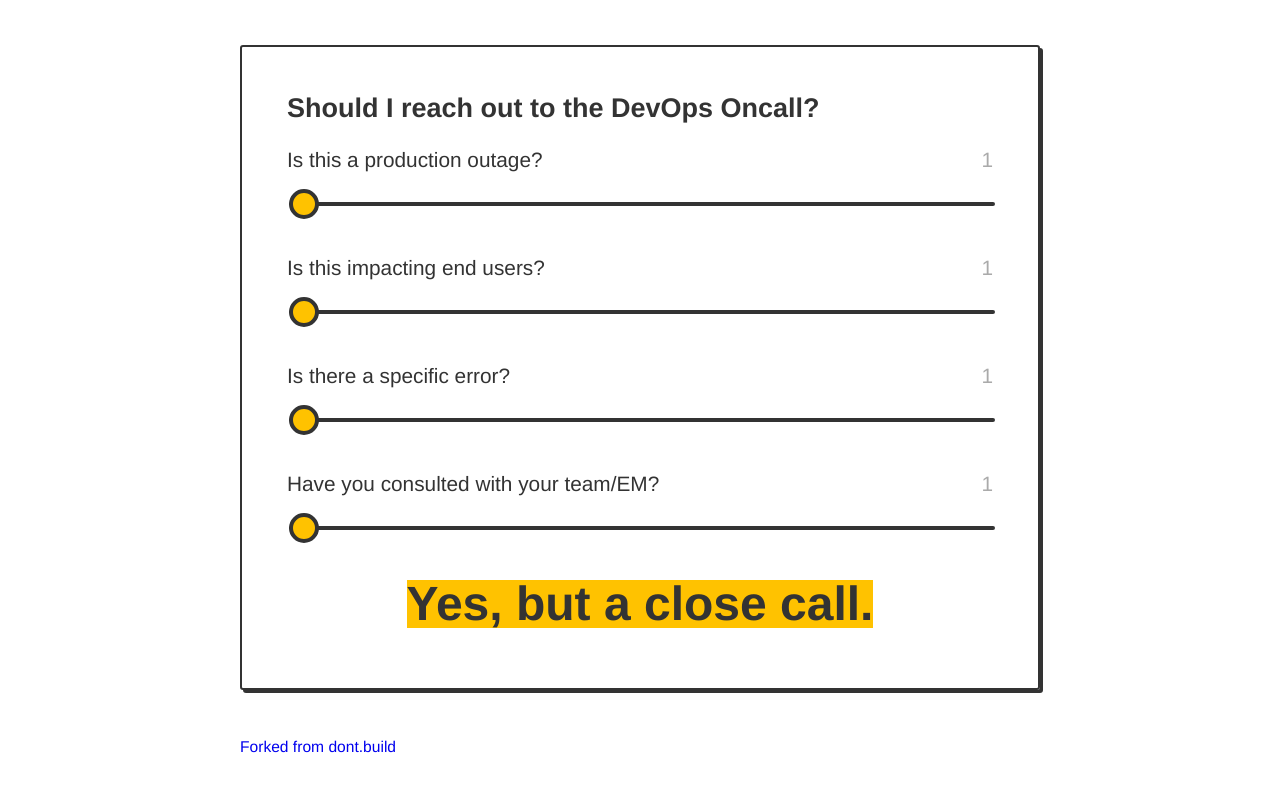
Repository: harishbsrinivas/dont.call
Page: index.html
An editor plug-in stored every save of this project. The page is shown before and after a run of saves, followed by the edit.
The browser window is 1280 px wide. The pictures show the whole page.

Above is the page before, as saved 2022-12-03 18:57:39.

### index.html
<!DOCTYPE html>
<html lang="en-US">

<head>
    <meta charset="utf-8" />
    <title>Should I reach out to the DevOps oncall?</title>
    <meta name="description"
        content="A simple, opinionated decision system to help decide whether to reach out to the Devops oncall?" />
    <link rel="shortcut icon" href="https://dont.build/favicon.png" />
    <meta property="og:image" content="https://dont.build/thumb.png">
    <meta name="viewport" content="width=device-width, initial-scale=1" />
    <link href="style.css?v=2" rel="stylesheet" type="text/css" />
</head>

<body>

    <div class="container">
        <section class="box">
            <h1 class="title">Should I reach out to the DevOps Oncall?</h1>
            <br />
            <form class="form">
                <fieldset class="p-outage">
                    <span class="value"></span>
                    <label>Is this a production outage?</label>
                    <input type="range" min="1" max="2" step="1" value="1" />
                </fieldset>
                <fieldset class="p-error">
                    <span class="value"></span>
                    <label>Is this impacting end users?</label>
                    <input type="range" min="1" max="3" step="1" value="1" />
                </fieldset>
                <fieldset class="p-ticket">
                    <span class="value"></span>
                    <label>Is there a specific error?</label>
                    <input type="range" min="1" max="2" step="1" value="1" />
                </fieldset>
                <fieldset class="p-peers">
                    <span class="value"></span>
                    <label>Have you consulted with your team/EM?</label>
                    <input type="range" min="1" max="2" step="1" value="1" />
                </fieldset>
            </form>
            <h1 class="answer">
                <span><span class="bool"></span><span class="percent"></span></span>
            </h1>
        </section>

        <noscript>
            <h1>This page requires Javascript to function.</h1>
        </noscript>

        <footer><a href="https://github.com/knadh/dont.build">Forked from dont.build</a>
        </footer>
    </div>


    <script>
        (function () {
            const params = [
                { weight: 0.8, value: 1, negative: false, name: 'p-outage', },
                { weight: 2, value: 1, negative: false, name: 'p-error', },
                { weight: 1, value: 1, negative: false, name: 'p-ticket', },
                { weight: 1.5, value: 1, negative: false, name: 'p-peers', },
            ]

            params.forEach((p, n) => {
                let net = 0;
                const inp = document.querySelector(`.${p.name} input`);

                inp.value = p.value;
                inp.oninput = (e) => {
                    const val = parseFloat(e.target.value, 64);
                    document.querySelector(`.${p.name} .value`).innerText = val;
                    p.value = val;

                    // Sum all weighted params.
                    const sum = params.reduce((prev, pm) => {
                        let v = pm.value;
                        if (pm.negative) {
                            v = 10 - v;
                        }

                        return prev + (v / 10 * pm.weight);
                    }, 0);

                    // Display the results.
                    // document.querySelector(".answer .percent").innerText = `${(sum * 100).toFixed(0)}%`;

                    let b = 'Yes';
                    if (sum < 0.5 && sum > 0.46) {
                        b = `No, but a close call.`;
                    } else if (sum < 0.48) {
                        b = `No.`;
                    } else if (sum > 0.5 && sum < 0.54) {
                        b = `Yes, but a close call.`;
                    } else if (sum === 0.5) {
                        b = '50-50. Go with the gut.';
                    }
                    document.querySelector(".answer .bool").innerText = b;
                };

                inp.dispatchEvent(new Event('input'));
            });
        })();
    </script>

</body>

</html>

### style.css
:root {
    --primary: #ffc200;
    --secondary: #333;
}

* {
    box-sizing: border-box;
}

html, body {
    margin: 0;
}

body {
    font-family: 'Helvetica Neue', 'Segoe UI', Arial, sans-serif;
    font-size: 18px;
    line-height: 24px;
    color: var(--secondary);
    height: 100%;
    margin: 0;
    padding: 0;
}

h1, h2, h3 {
  line-height: 2rem;
}

a {
    text-decoration: none;
}

p {
  color: #666;
}

fieldset {
  padding: 0;
  margin: 0;
  border: 0;
}

input[type="range"] {
  -webkit-appearance: none;
  width: 100%;
  height: 4px;
  background: var(--secondary);
  border-radius: 3px;
}

input[type="range"]::-webkit-slider-thumb {
  -webkit-appearance: none;
  background: var(--primary);
  height: 30px;
  width: 30px;
  border-radius: 50%;
  cursor: pointer;
  border: 4px solid var(--secondary);
}

input[type="range"]::-moz-range-thumb {
  background: var(--primary);
  border-radius: 100%;
  height: 20px;
  width: 20px;
  cursor: pointer;
  border: 4px solid var(--secondary);
}

input[type=range]::-webkit-slider-runnable-track  {
  -webkit-appearance: none;
  box-shadow: none;
  border: none;
  background: transparent;
}


button {
    background: var(--primary);
    cursor: pointer;
    border-color: #000;
    padding: 10px 30px;
}
    button:hover {
        background: #aaa;
    }

.container {
    max-width: 800px;
    margin: 45px auto 30px auto;
}
.box {
    padding: 30px 45px;
    border: 1px solid #ddd;
    border-radius: 3px;
    border: 2px solid var(--secondary);
    box-shadow: 3px 3px 0px var(--secondary);
    margin-bottom: 45px;
}

.container .title {
  margin: 15px 0 0px 0;
}

.help {
  margin-top: 5px;
}

.form {
  clear: both;
}
.form fieldset {
  font-size: 1.3rem;
  margin-bottom: 45px;
}
  .form label {
    display: block;
    margin-bottom: 15px;
  }
  .form .value, .help {
    float: right;
    color: #aaa;
  }

.answer {
  text-align: center;
  margin: 30px 0;
  font-size: 3rem;
  line-height: 3rem;
}
  .answer span {
    display: inline-block;
    background: var(--primary);
  }

footer {
  margin: 30px auto;
  color: #999;
  font-size: 0.975rem;
}

@media (max-width: 800px) {
  .container {
    max-width: none;
    margin: 20px 30px 20px 20px;
    padding: 0;
  }
  .box {
    padding: 0;
    border: 0;
    box-shadow: none;
  }
  .help {
    float: none;
  }
  .form label {
    float: left;
    max-width: 90%;
  }
}


@media (max-width: 400px) {
  .form label {
    max-width: 70%;
  }
}

After the next 2 saves:
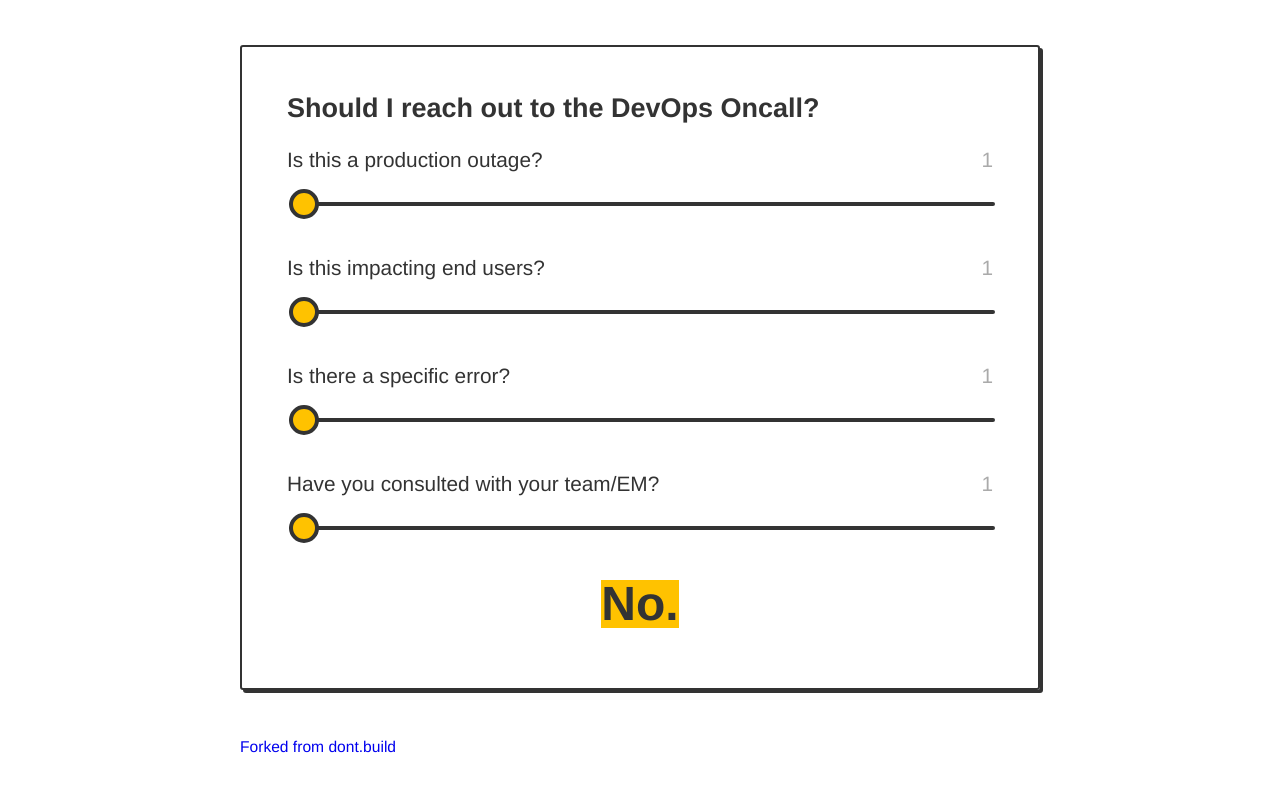
The 2 saves are shown as one change because they came seconds apart.
The last was saved 8 s later.
--- a/index.html
+++ b/index.html
@@ -58,8 +58,8 @@
         (function () {
             const params = [
                 { weight: 0.8, value: 1, negative: false, name: 'p-outage', },
-                { weight: 2, value: 1, negative: false, name: 'p-error', },
-                { weight: 1, value: 1, negative: false, name: 'p-ticket', },
+                { weight: 0.6, value: 1, negative: false, name: 'p-error', },
+                { weight: 0.3, value: 1, negative: false, name: 'p-ticket', },
                 { weight: 1.5, value: 1, negative: false, name: 'p-peers', },
             ]
 
